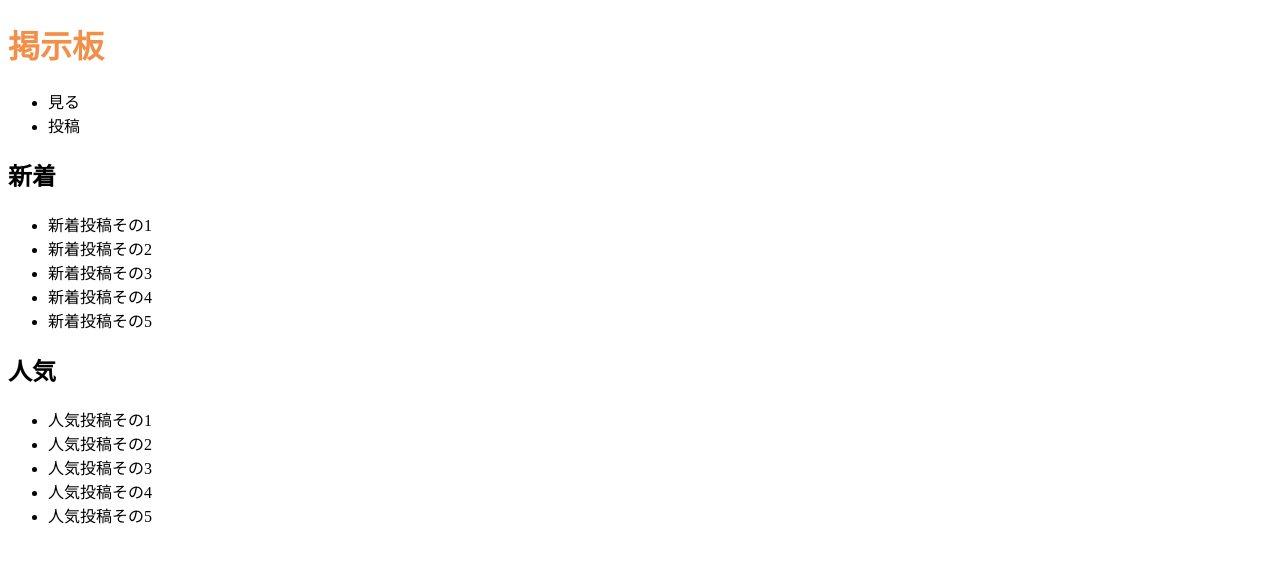
Repository: KustomApe/LandorusInc
Page: index.html
These files come from the project's save history. The page is drawn as it stood at one moment and after the next save; the edit follows.
The browser window is 1280 px wide. The pictures show the whole page.

Above is the page before, as saved 2021-07-24 12:37:02.

After the next save:
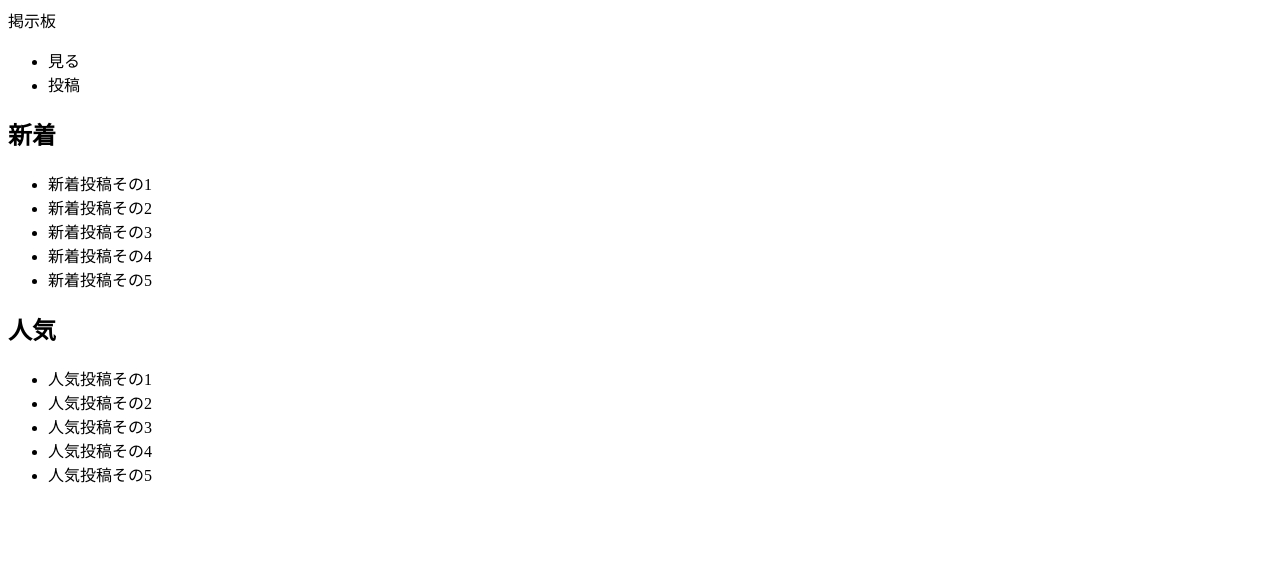
Saved 13 s later.
--- a/index.html
+++ b/index.html
@@ -8,7 +8,7 @@
     <link rel="stylesheet" href="./css/style.css">
 </head>
 <body>
-
+<div id="wrap"
 <h1>掲示板</h1>
 <ul>
     <li>見る</li>

After the save that followed:
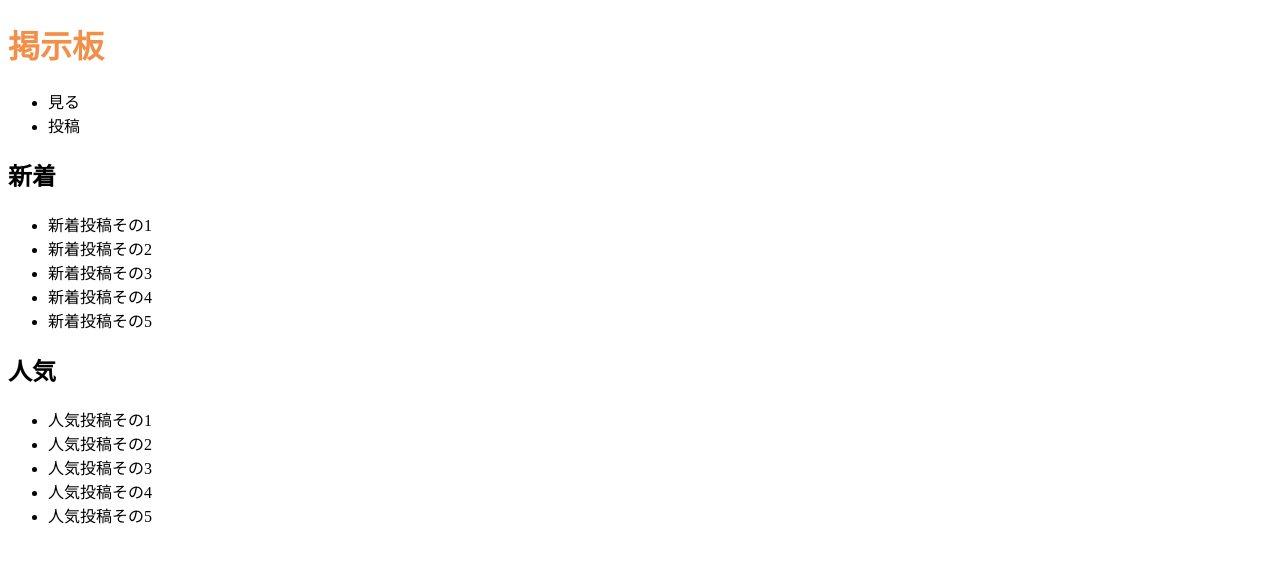
Saved 6 s later.
--- a/index.html
+++ b/index.html
@@ -8,7 +8,7 @@
     <link rel="stylesheet" href="./css/style.css">
 </head>
 <body>
-<div id="wrap"
+<div id="wrap">
 <h1>掲示板</h1>
 <ul>
     <li>見る</li>
@@ -30,5 +30,6 @@
     <li>人気投稿その4</li>
     <li>人気投稿その5</li>
 </ul>
+</div>
 </body>
 </html>
